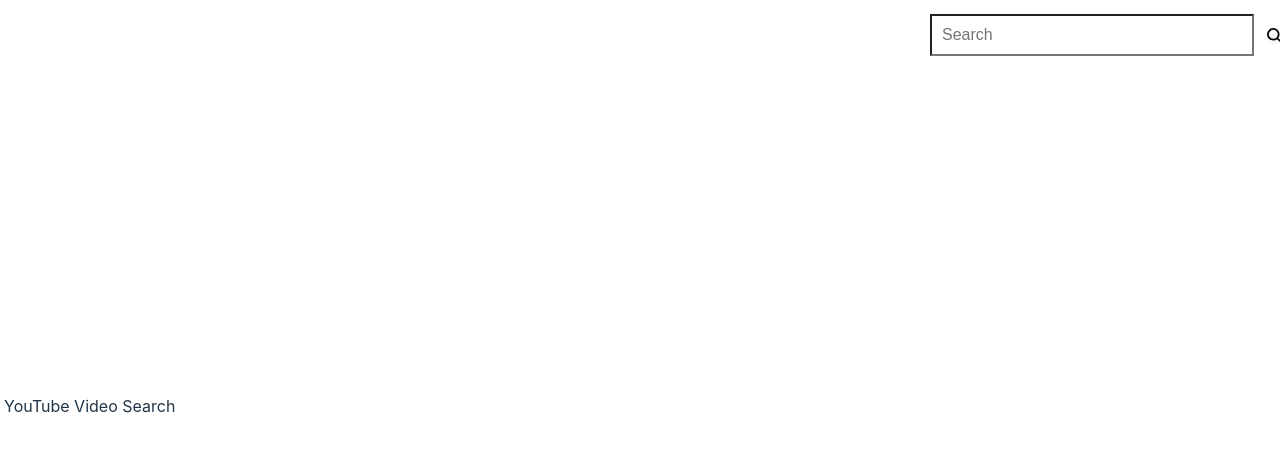
Repository: JuniorDevChris/YouTube-Engagement-Metrics
Page: /
The author's editor kept a copy of each file at every save. The page is drawn from the files as they stood at one save, then again after the next save.
The browser window is 1280 px wide. The pictures show the whole page.
The project was rebuilt for these pictures with package versions that can differ from the ones it lists, and the page was loaded fresh each time. Also part of the build but not shown: vite.config.ts, src/components/VideoCard.tsx.

Above is the page before, as saved 2024-07-16 21:06:05.

### src/App.tsx
import React, { useState } from "react";
import { Box, Text } from "@chakra-ui/react";
import SearchInput from "./components/SearchInput";
import VideoGrid from "./components/VideoGrid";
import Navbar from "./components/Navbar";
import "./App.css";

interface Video {
  id: string;
  title: string;
  thumbnail: string;
  likes?: number;
  dislikes?: number;
}

function App() {
  const [query, setQuery] = useState<string>("");
  const [videos, setVideos] = useState<Video[]>([]);
  const [error, setError] = useState<string>("");

  const fetchVideoStats = async (videoId: string) => {
    try {
      const response = await fetch(
        `https://returnyoutubedislikeapi.com/Votes?videoId=${videoId}`
      );
      const data = await response.json();
      return { likes: data.likes, dislikes: data.dislikes };
    } catch (error) {
      console.error("Error fetching video stats:", error);
      return { likes: null, dislikes: null };
    }
  };

  const fetchVideos = async () => {
    try {
      setError("");
      setVideos([]);
      const response = await fetch(
        `https://www.googleapis.com/youtube/v3/search?part=snippet&q=${query}&type=video&key=${
          import.meta.env.VITE_YOUTUBE_API_KEY
        }`
      );
      const data = await response.json();
      console.log("API Response:", data); // Debugging line
      if (data.items) {
        const videoResults: Video[] = await Promise.all(
          data.items.map(async (item: any) => {
            const stats = await fetchVideoStats(item.id.videoId);
            return {
              id: item.id.videoId,
              title: item.snippet.title,
              thumbnail: item.snippet.thumbnails.medium.url,
              likes: stats.likes,
              dislikes: stats.dislikes,
            };
          })
        );
        setVideos(videoResults);
      } else {
        setError("No videos found");
      }
    } catch (err) {
      console.error("Error fetching videos:", err);
      setError("Error fetching videos");
    }
  };

  return (
    <Box>
      <Navbar query={query} setQuery={setQuery} fetchVideos={fetchVideos} />
      <Box mt="80px" p={4}>
        <Text fontSize="2xl" mb={4}>
          YouTube Video Search
        </Text>
        {error && (
          <Text color="red.500" mb={2}>
            {error}
          </Text>
        )}
        <VideoGrid videos={videos} />
      </Box>
    </Box>
  );
}

export default App;

### src/components/VideoGrid.tsx
import React from "react";
import { SimpleGrid } from "@chakra-ui/react";
import VideoCard from "./VideoCard";

interface Video {
  id: string;
  title: string;
  thumbnail: string;
}

interface VideoGridProps {
  videos: Video[];
}

const VideoGrid: React.FC<VideoGridProps> = ({ videos }) => {
  return (
    <SimpleGrid columns={[1, 2, 3]} spacing={4}>
      {videos.map((video) => (
        <VideoCard key={video.id} {...video} />
      ))}
    </SimpleGrid>
  );
};

export default VideoGrid;

### src/components/Navbar.tsx
import React from "react";
import { Flex, Box, Input, IconButton, Spacer } from "@chakra-ui/react";
import { SearchIcon } from "@chakra-ui/icons";

interface NavbarProps {
  query: string;
  setQuery: (query: string) => void;
  fetchVideos: () => void;
}

const Navbar: React.FC<NavbarProps> = ({ query, setQuery, fetchVideos }) => {
  return (
    <Flex
      as="nav"
      bg="gray.800"
      color="white"
      padding={4}
      align="center"
      width="100%"
      position="fixed"
      top="0"
      zIndex="1000"
    >
      <Box fontSize="2xl" fontWeight="bold">
        MyYouTube
      </Box>
      <Spacer />
      <Box>
        <Input
          placeholder="Search"
          value={query}
          onChange={(e) => setQuery(e.target.value)}
          width="300px"
          bg="white"
          color="black"
        />
        <IconButton
          icon={<SearchIcon />}
          onClick={fetchVideos}
          aria-label="Search"
          ml={2}
        />
      </Box>
    </Flex>
  );
};

export default Navbar;

### src/App.css
.App {
  display: flex;
  flex-direction: column;
  align-items: center;
  justify-content: center;
  min-height: 100vh;
  background-color: #f5f5f5;
}

input {
  padding: 10px;
  margin: 10px;
  font-size: 16px;
}

button {
  padding: 10px 20px;
  font-size: 16px;
  cursor: pointer;
}

.stats {
  margin-top: 20px;
}

.error {
  color: red;
  margin-top: 20px;
}

Loaded but not shown: index.html (common file); src/main.tsx (common file); src/index.css (common file)

After the next save:
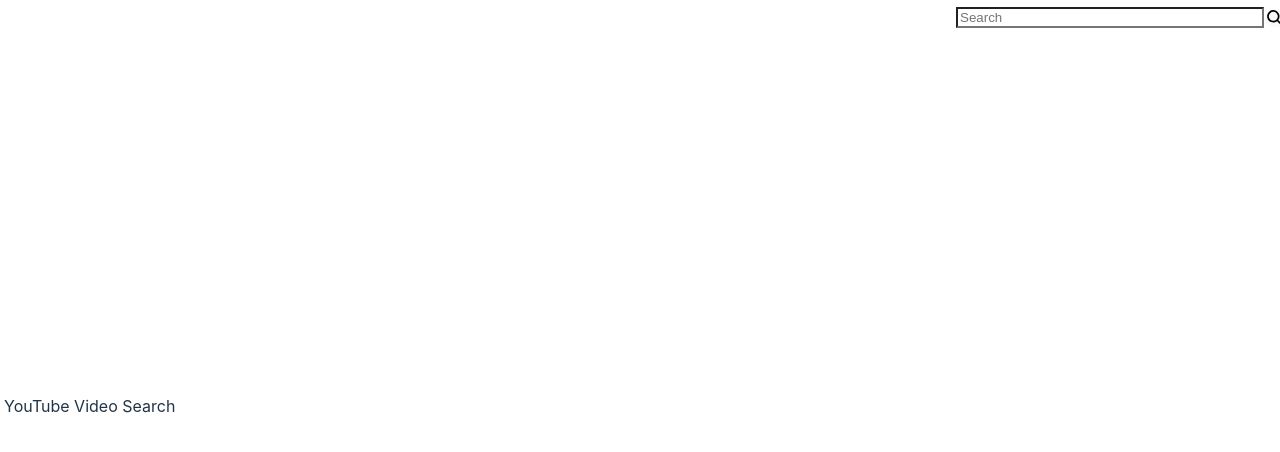
Saved 2 min 13 s later.
--- a/src/App.css
+++ b/src/App.css
@@ -1,4 +1,4 @@
-.App {
+/* .App {
   display: flex;
   flex-direction: column;
   align-items: center;
@@ -26,4 +26,4 @@ button {
 .error {
   color: red;
   margin-top: 20px;
-}
+} */
